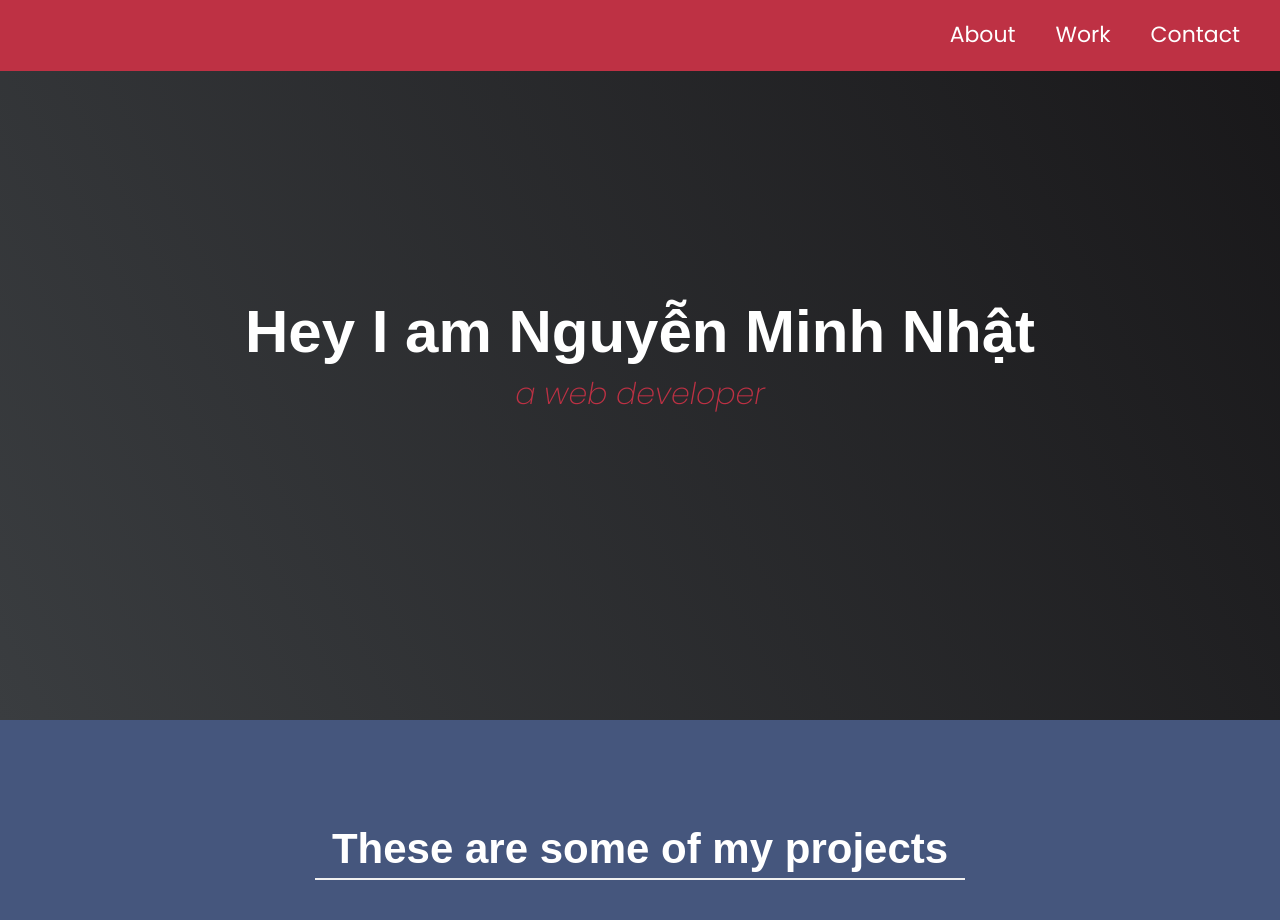
Repository: MinhDuy071005/baikiemtra
Page: index.html
These files come from the project's save history. The page is drawn as it stood at one moment and after the next save; the edit follows.
The browser window is 1280 px wide. The pictures show the part of the page from y = 0 to 920 px (the page is 3025 px tall).
A picture or video elsewhere on the page could not be fetched, so the positions and the page height are approximate. Some web libraries are served in a nearby version.

Above is the page before, as saved 2025-04-22 18:40:26.

### index.html
<!doctype html>
<html lang="en">

<head>
    <meta charset="utf-8">
    <meta name="viewport" content="width=device-width, initial-scale=1">
    <title>Tan Doan Portfolio Webpage</title>
    <link href="https://cdn.jsdelivr.net/npm/bootstrap@5.3.3/dist/css/bootstrap.min.css" rel="stylesheet" integrity="sha384-QWTKZyjpPEjISv5WaRU9OFeRpok6YctnYmDr5pNlyT2bRjXh0JMhjY6hW+ALEwIH" crossorigin="anonymous">

    <!-- google font -->
    <link rel="preconnect" href="https://fonts.googleapis.com">
    <link rel="preconnect" href="https://fonts.gstatic.com" crossorigin>
    <link href="https://fonts.googleapis.com/css2?family=Poppins:ital,wght@0,100;0,200;0,300;0,400;0,500;0,600;0,700;0,800;0,900;1,100;1,200;1,300;1,400;1,500;1,600;1,700;1,800;1,900&display=swap" rel="stylesheet">

    <!-- font awesome -->
    <link rel="stylesheet" href="https://use.fontawesome.com/releases/v5.8.2/css/all.css" integrity="sha384-oS3vJWv+0UjzBfQzYUhtDYW+Pj2yciDJxpsK1OYPAYjqT085Qq/1cq5FLXAZQ7Ay" crossorigin="anonymous">

    <link rel="stylesheet" href="styles.css">

</head>

<body>

    <nav id="navbar" class="nav-bar" class="nav">
        <ul id="nav-list">
            <li><a href="#about">About</a></li>
            <li><a href="#work">Work</a></li>
            <li><a href="#contact">Contact</a></li>
        </ul>
    </nav>

    <section id="welcome-section">
        <h1>Hey I am Nguyễn Minh Nhật</h1>
        <p>a web developer</p>
    </section>

    <section id="projects">
        <h2>These are some of my projects</h2>
        <div id="projects-grid">
            <a href="https://codepen.io/freeCodeCamp/full/zNqgVx" target="_blank" class="project project-tile">
                <img class="project-image" src="https://cdn.freecodecamp.org/testable-projects-fcc/images/tribute.jpg" alt="project">
                <p class="project-title">
                    <span class="code">&lt;</span> Tribute Page
                    <span class="code">/&gt;</span>
                </p>
            </a>
            <a href="https://codepen.io/freeCodeCamp/full/qRZeGZ" target="_blank" class="project project-tile">
                <img class="project-image" src="https://cdn.freecodecamp.org/testable-projects-fcc/images/random-quote-machine.png" alt="project">
                <p class="project-title">
                    <span class="code">&lt;</span> Random Quote Machine
                    <span class="code">/&gt;</span>
                </p>
            </a>
            <a href="https://codepen.io/freeCodeCamp/full/wgGVVX" target="_blank" class="project project-tile">
                <img class="project-image" src="https://cdn.freecodecamp.org/testable-projects-fcc/images/calc.png" alt="project">
                <p class="project-title">
                    <span class="code">&lt;</span> JavaScript Calculator
                    <span class="code">/&gt;</span>
                </p>
            </a>
            <a href="https://codepen.io/freeCodeCamp/full/mVEJag" target="_blank" class="project project-tile">
                <img class="project-image" src="https://cdn.freecodecamp.org/testable-projects-fcc/images/map.jpg" alt="project">
                <p class="project-title">
                    <span class="code">&lt;</span> Map Data Across the Globe
                    <span class="code">/&gt;</span>
                </p>
            </a>
            <a href="https://codepen.io/freeCodeCamp/full/wGqEga" target="_blank" class="project project-tile">
                <img class="project-image" src="https://cdn.freecodecamp.org/testable-projects-fcc/images/wiki.png" alt="project">
                <p class="project-title">
                    <span class="code">&lt;</span> Wikipedia Viewer
                    <span class="code">/&gt;</span>
                </p>
            </a>
            <a href="https://codepen.io/freeCodeCamp/full/KzXQgy" target="_blank" class="project project-tile">
                <img class="project-image" src="https://cdn.freecodecamp.org/testable-projects-fcc/images/tic-tac-toe.png" alt="project">
                <p class="project-title">
                    <span class="code">&lt;</span> Tic Tac Toe Game
                    <span class="code">/&gt;</span>
                </p>
            </a>
        </div>
        <a href="#" class="btn-show-all">
                Show all
                <i class="fas fa-chevron-right"></i>
            </a>
    </section>

    <section id="contact">
        <div class="contact-section-header">
            <h2>Let's work together...</h2>
            <p>How do you take your coffee?</p>
        </div>

        <div class="contact-links">
            <a href="https://facebook.com/freecodecamp" target="_blank" class="btn contact-details"><i
                        class="fab fa-facebook-square"></i> Facebook</a>
            <a id="profile-link" href="https://github.com/freecodecamp" target="_blank" class="btn contact-details"><i
                        class="fab fa-github"></i> GitHub</a>
            <a href="https://twitter.com/freecodecamp" target="_blank" class="btn contact-details"><i class="fab fa-twitter"></i>
                    Twitter</a>
            <a href="mailto:example@example.com" class="btn contact-details"><i class="fas fa-at"></i> Send a
                    mail</a>
            <a href="tel:555-555-5555" class="btn contact-details"><i
                        class="fas fa-mobile-alt"></i> Call me</a>
        </div>
    </section>

    <footer>
        <p>
            **This is just a fake portfolio. All the projects and contact details given are not real.
        </p>
        <p>
            © Created for <a href="https://codeclean.org/" target="_blank">CodeClean <i class="fas fa-terminal"></i></a>
        </p>
    </footer>

    <script src="https://cdn.jsdelivr.net/npm/bootstrap@5.3.3/dist/js/bootstrap.bundle.min.js" integrity="sha384-YvpcrYf0tY3lHB60NNkmXc5s9fDVZLESaAA55NDzOxhy9GkcIdslK1eN7N6jIeHz" crossorigin="anonymous"></script>
</body>

</html>

### styles.css
:root {
    --main-white: #f0f0f0;
    --main-red: #be3144;
    --main-blue: #45567d;
    --main-gray: #303841;
}

* {
    margin: 0;
    padding: 0;
}

*,
*::before,
*::after {
    box-sizing: inherit;
}

html {
    /* Set font size for easy rem calculations
     * default document font size = 16px, 1rem = 16px, 100% = 16px
     * (100% / 16px) * 10 = 62.5%, 1rem = 10px, 62.5% = 10px
    */
    font-size: 62.5%;
    scroll-behavior: smooth;
    box-sizing: border-box;
}


/* 1200px / 16px = 75em */

@media (max-width: 75em) {
    html {
        font-size: 60%;
    }
}


/* 980px / 16px = 61.25em */

@media (max-width: 61.25em) {
    html {
        font-size: 58%;
    }
}


/* 460px / 16px = 28.75em */

@media (max-width: 28.75em) {
    html {
        font-size: 55%;
    }
}

@media (max-width: 28.75em) {
    .nav {
        justify-content: center;
    }
    .nav-list {
        margin: 0 1rem;
    }
}

@media (max-width: 28.75em) {
    .projects-section-header {
        font-size: 4rem;
    }
}


/* "Automagic" image grid using no media queries */

.projects-grid {
    display: grid;
    grid-template-columns: repeat(auto-fit, minmax(320px, 1fr));
    grid-gap: 4rem;
    width: 100%;
    max-width: 1280px;
    margin: 0 auto;
    margin-bottom: 6rem;
}

@media (max-width: 30.625em) {
    .projects-section {
        padding: 6rem 1rem;
    }
    .projects-grid {
        grid-template-columns: 1fr;
    }
}

@media (max-width: 28.75em) {
    .contact-section-header>h2 {
        font-size: 4rem;
    }
}

@media (max-width: 28.75em) {
    footer {
        flex-direction: column;
        text-align: center;
    }
}

body {
    font-family: "Poppins", sans-serif;
    font-size: 1.8rem;
    font-weight: 400;
    line-height: 1.4;
}

ul {
    list-style-type: none;
}

a {
    text-decoration: none;
}

h1,
h2 {
    font-family: "Raleway", sans-serif;
    font-weight: 700;
    text-align: center;
}

.nav-bar {
    margin: 0;
    padding: 0;
    width: 100%;
    display: flex;
    justify-content: flex-end;
    background-color: var(--main-red);
    position: fixed;
    top: 0;
    left: 0;
    box-shadow: 0 2px 0 rgba(0 4);
    z-index: 999;
}

#contact {
    min-height: 1000px;
}

#nav-list {
    display: flex;
    justify-content: center;
    align-items: center;
    margin: 0 2rem 0 0;
    padding: 0;
}

#nav-list li>a {
    display: block;
    font-size: 2.2rem;
    padding: 2rem;
    color: white;
}

#nav-list li>a:hover {
    background-color: var(--main-blue);
}

#welcome-section {
    display: flex;
    justify-content: center;
    align-items: center;
    flex-direction: column;
    width: 100%;
    height: 100vh;
    background-color: #000;
    background-image: linear-gradient(62deg, #3a3d40 0%, #181719 100%);
}

#welcome-section h1,
p {
    color: white;
}

#welcome-section h1 {
    font-size: 6rem;
}

#welcome-section p {
    color: var(--main-red);
    font-size: 3rem;
    font-weight: 200;
    font-style: italic;
}

#projects {
    background-color: var(--main-blue);
    width: 100%;
    padding: 10rem 2rem;
    text-align: center;
}

#projects>h2 {
    color: white;
    max-width: 650px;
    margin: 0 auto 6rem auto;
    border-bottom: 0.2rem solid var(--main-white);
    font-size: 4.2rem;
    padding: 0.4rem;
}

#projects-grid {
    display: grid;
    grid-template-columns: repeat(auto-fit, minmax(320px, 1fr));
    grid-gap: 4rem;
    width: 100%;
    max-width: 1280px;
    margin: 0 auto;
    margin-bottom: 6rem;
}

#projects-grid a {
    background-color: var(--main-gray);
    box-shadow: 1px 1px 2px rgba(0, 0, 0, 0.5);
    color: var(--main-white);
}

.project-image {
    height: calc(100% - 6.8rem);
    width: 100%;
    object-fit: cover;
}

.project-title {
    display: flex;
    align-items: center;
    justify-content: center;
    padding: 2rem 0.5rem;
}

.code {
    color: var(--main-gray);
    transition: color 0.3s ease-out;
    -webkit-transition: color 0.3s ease-out;
    -moz-transition: color 0.3s ease-out;
    -ms-transition: color 0.3s ease-out;
    -o-transition: color 0.3s ease-out;
}

.project:hover .code {
    color: #ff7f50;
}

.btn-show-all {
    display: inline-block;
    padding: 1rem 2rem;
    background-color: var(--main-gray);
    border-radius: 2px;
    -webkit-border-radius: 2px;
    -moz-border-radius: 2px;
    -ms-border-radius: 2px;
    -o-border-radius: 2px;
    width: fit-content;
    color: white;
    transition: background 0.3s ease-out;
    -webkit-transition: background 0.3s ease-out;
    -moz-transition: background 0.3s ease-out;
    -ms-transition: background 0.3s ease-out;
    -o-transition: background 0.3s ease-out;
}

.btn-show-all i {
    margin-left: 1rem;
    transform: translateX(0);
    transition: transform 0.3s ease-out;
    -webkit-transition: transform 0.3s ease-out;
    -moz-transition: transform 0.3s ease-out;
    -ms-transition: transform 0.3s ease-out;
    -o-transition: transform 0.3s ease-out;
    -webkit-transform: translateX(0);
    -moz-transform: translateX(0);
    -ms-transform: translateX(0);
    -o-transform: translateX(0);
}

.btn-show-all {
    margin-left: 1rem;
}

.btn-show-all:hover {
    background-color: var(--main-red);
}

.btn-show-all:hover i {
    transform: translateX(2px);
    -webkit-transform: translateX(2px);
    -moz-transform: translateX(2px);
    -ms-transform: translateX(2px);
    -o-transform: translateX(2px);
}

#contact {
    width: 100%;
    height: 80vh;
    background-color: var(--main-gray);
    padding: 0 2rem;
    color: white;
    display: flex;
    justify-content: center;
    align-items: center;
    flex-direction: column;
    text-align: center;
}

.contact-section-header>h2 {
    font-size: 6rem;
}

.contact-section-header>p {
    font-style: italic;
}

.contact-links {
    width: 100%;
    max-width: 980px;
    margin-top: 4rem;
    display: flex;
    justify-content: center;
    flex-wrap: wrap;
}

.contact-links .contact-details {
    font-size: 2.4rem;
    text-shadow: 2px 2px 1px #1f1f1f;
    transition: transform 0.3s ease-out;
    -webkit-transition: transform 0.3s ease-out;
    -moz-transition: transform 0.3s ease-out;
    -ms-transition: transform 0.3s ease-out;
    -o-transition: transform 0.3s ease-out;
    color: white;
}

.contact-links .contact-details:hover {
    transform: translateY(8px);
    -webkit-transform: translateY(8px);
    -moz-transform: translateY(8px);
    -ms-transform: translateY(8px);
    -o-transform: translateY(8px);
}

footer {
    background-color: var(--main-blue);
    padding: 2rem;
    border-top: 4px solid var(--main-red);
    display: flex;
    justify-content: space-evenly;
    align-items: center;
    font-weight: 300;
}

footer a {
    color: white;
    font-weight: 300;
}

footer>p {
    margin: 2rem;
}

After the next save:
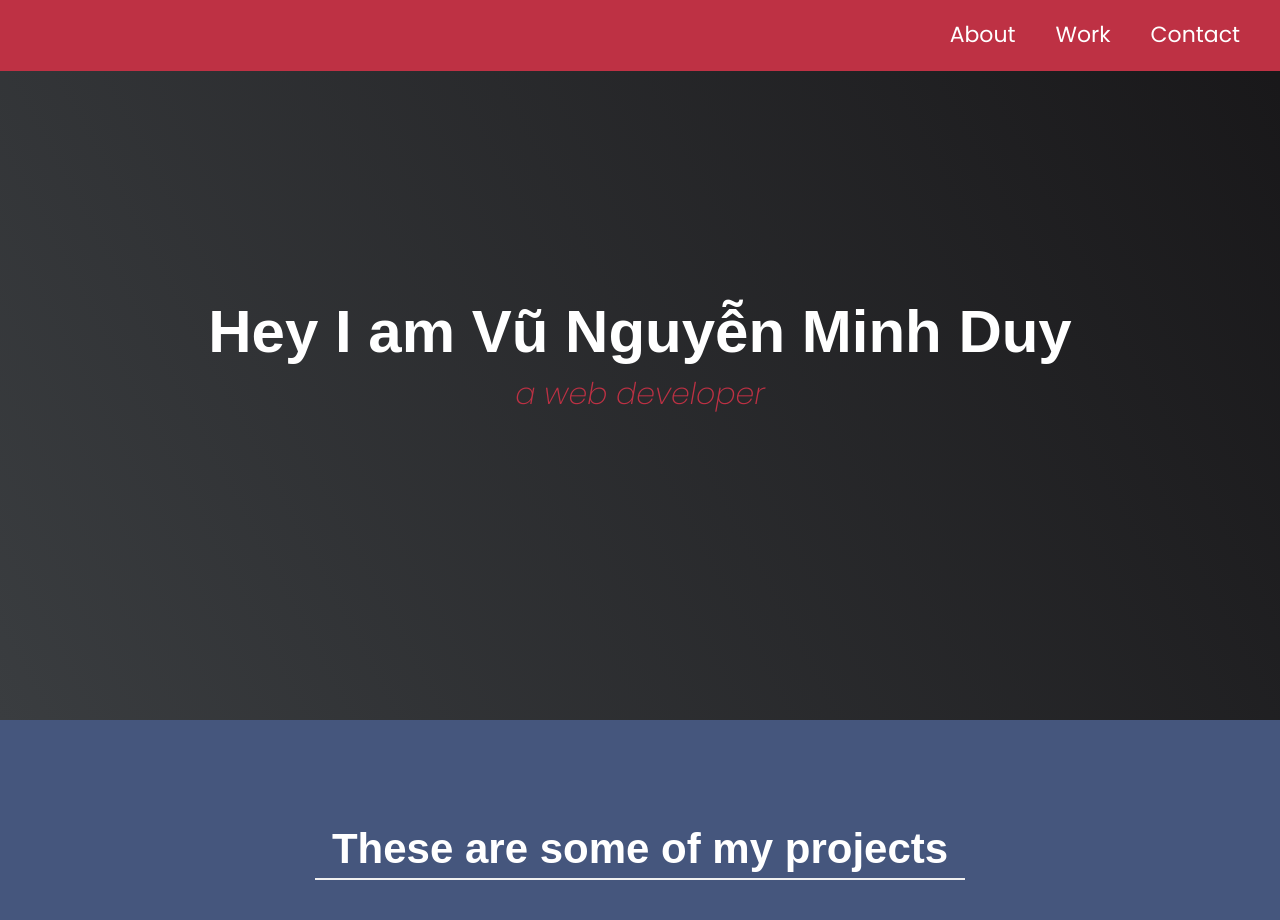
Saved 2 min 22 s later.
--- a/index.html
+++ b/index.html
@@ -30,7 +30,7 @@
     </nav>
 
     <section id="welcome-section">
-        <h1>Hey I am Nguyễn Minh Nhật</h1>
+        <h1>Hey I am Vũ Nguyễn Minh Duy</h1>
         <p>a web developer</p>
     </section>
 
